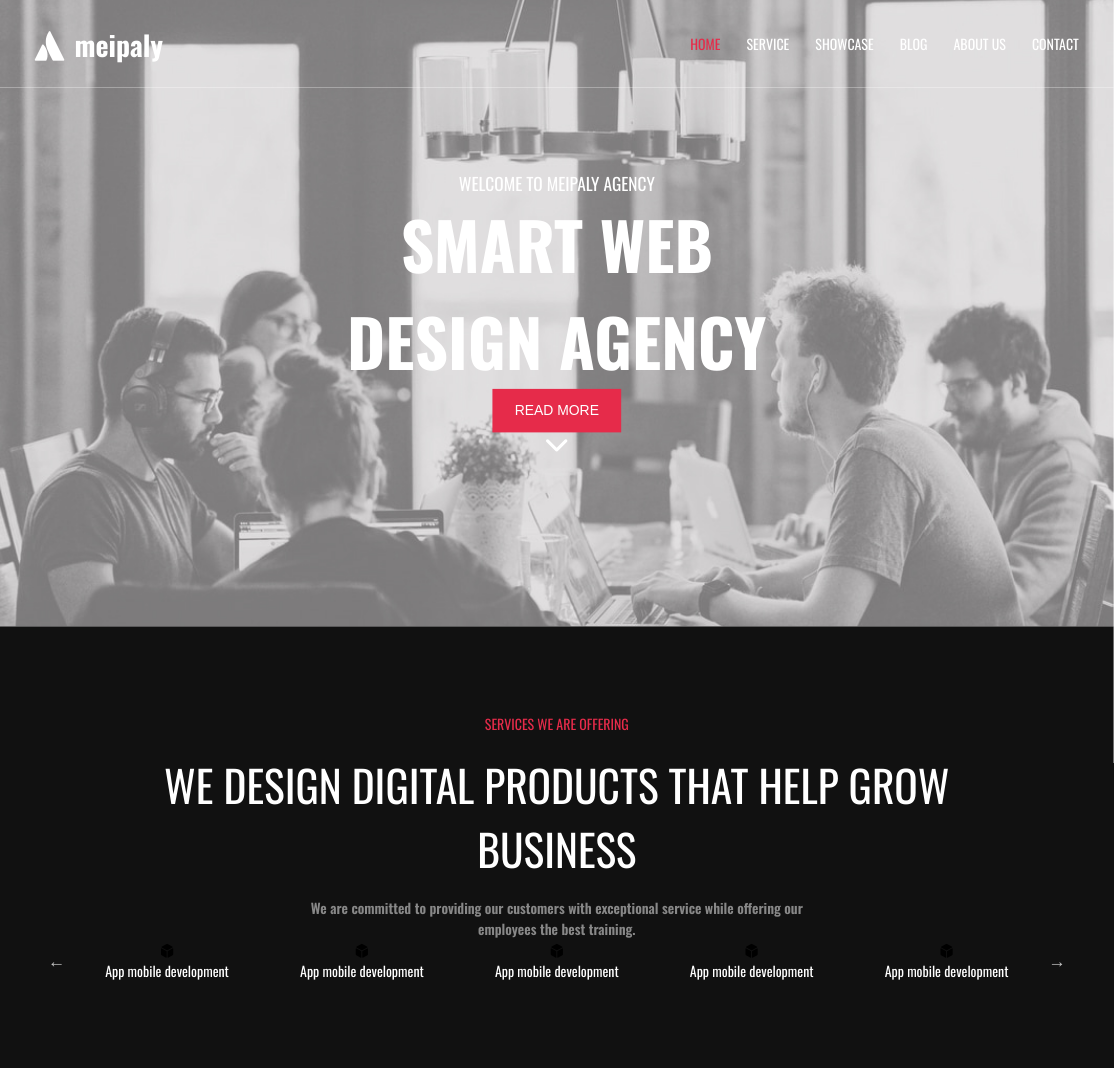
Repository: trminhphuc1504/meipaly
Page: meipaly.html
The author's editor kept a copy of each file at every save. The page is drawn from the files as they stood at one save, then again after the next save.
The browser window is 1280 px wide. The pictures show the whole page, at 87% of full size.
Some web fonts or font styles are not loaded; a fallback is used. Some web libraries are served in a nearby version.

Above is the page before, as saved 2024-08-19 17:18:37.

After the next save:
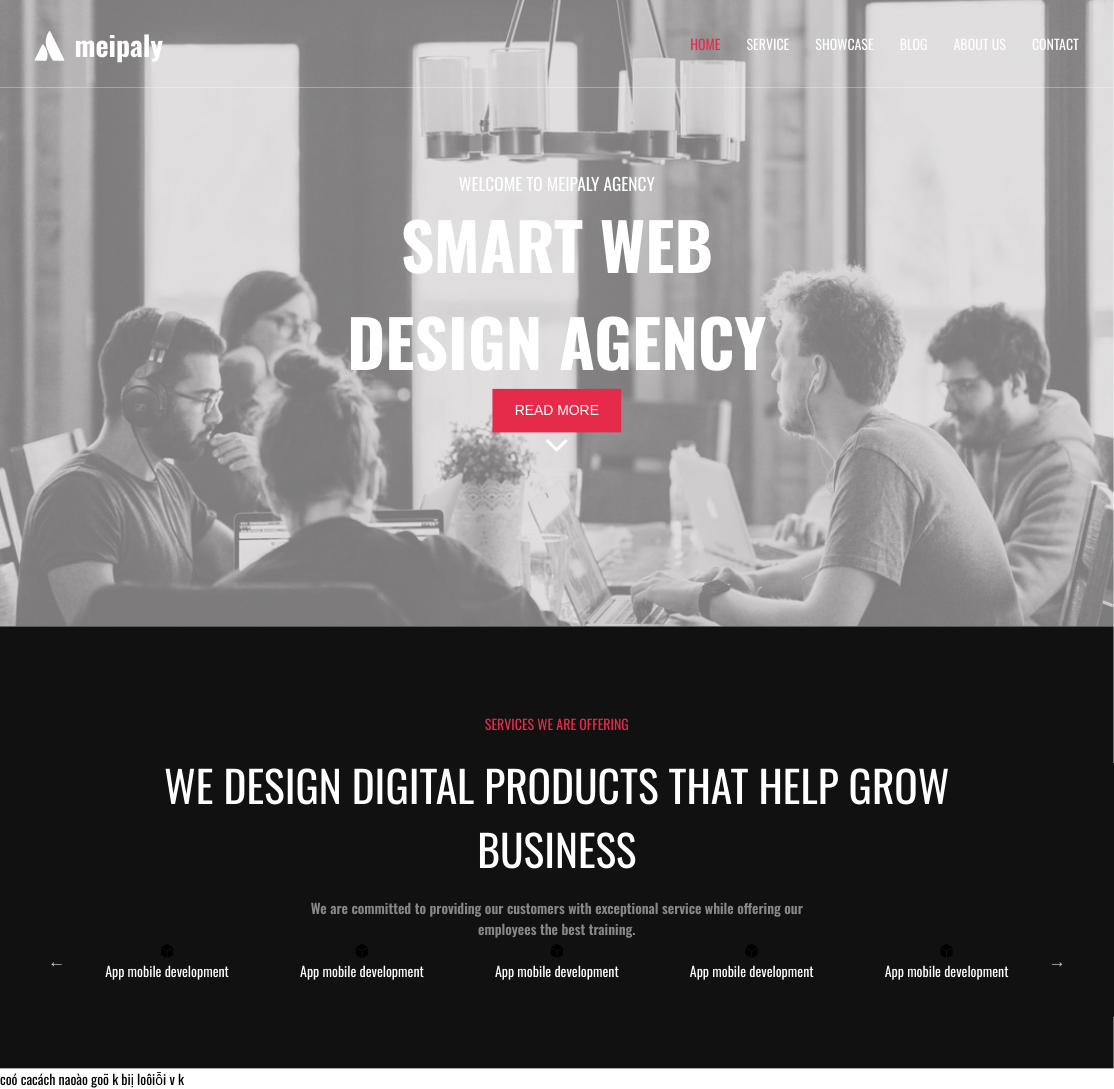
Saved 87 min 20 s later.
--- a/meipaly.html
+++ b/meipaly.html
@@ -138,3 +138,4 @@
     </script>
   </body>
 </html>
+coó cacách naoào goõ k biị loôiỗi v k

After the save that followed:
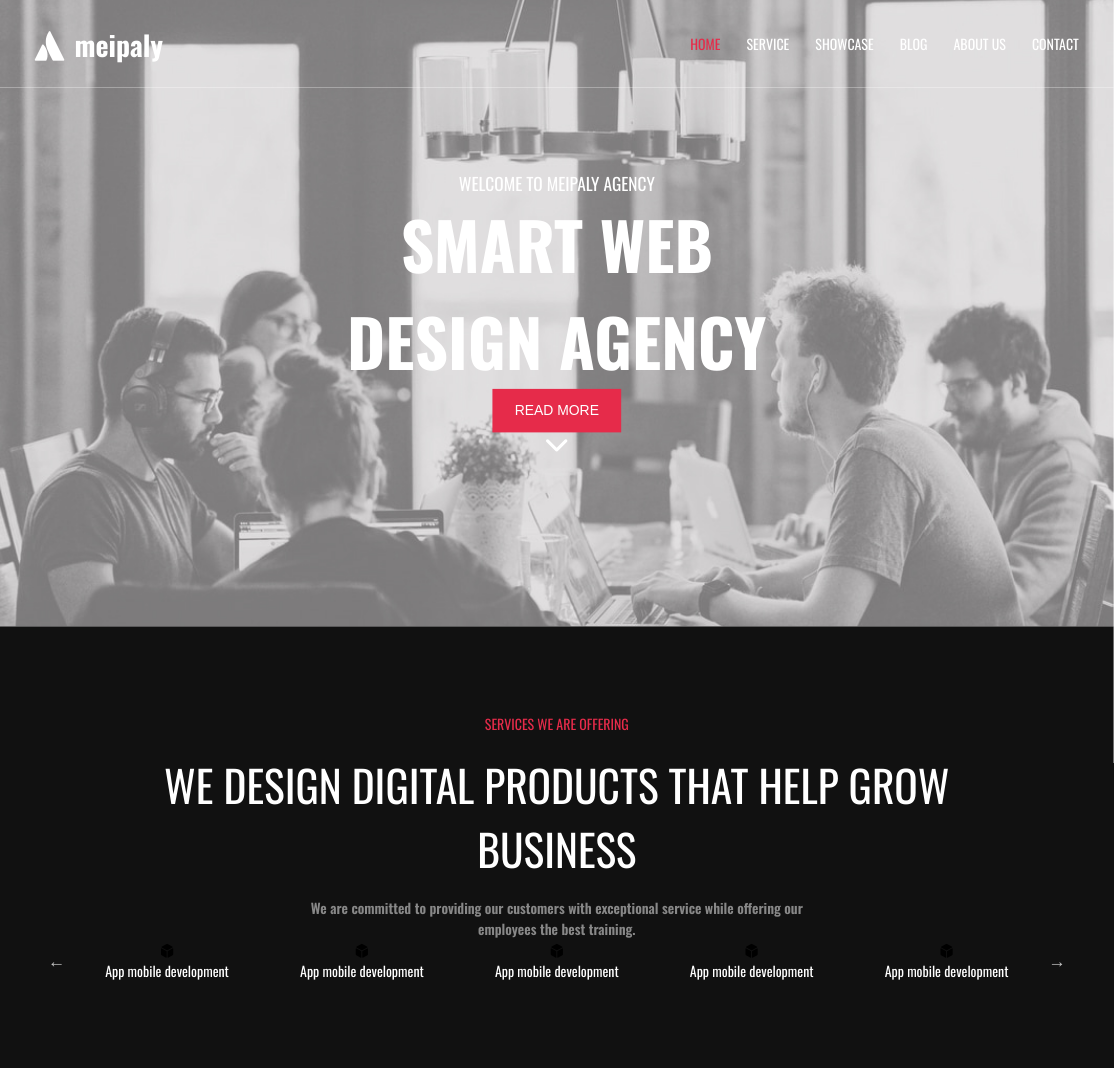
Saved 4 s later.
--- a/meipaly.html
+++ b/meipaly.html
@@ -138,4 +138,3 @@
     </script>
   </body>
 </html>
-coó cacách naoào goõ k biị loôiỗi v k
